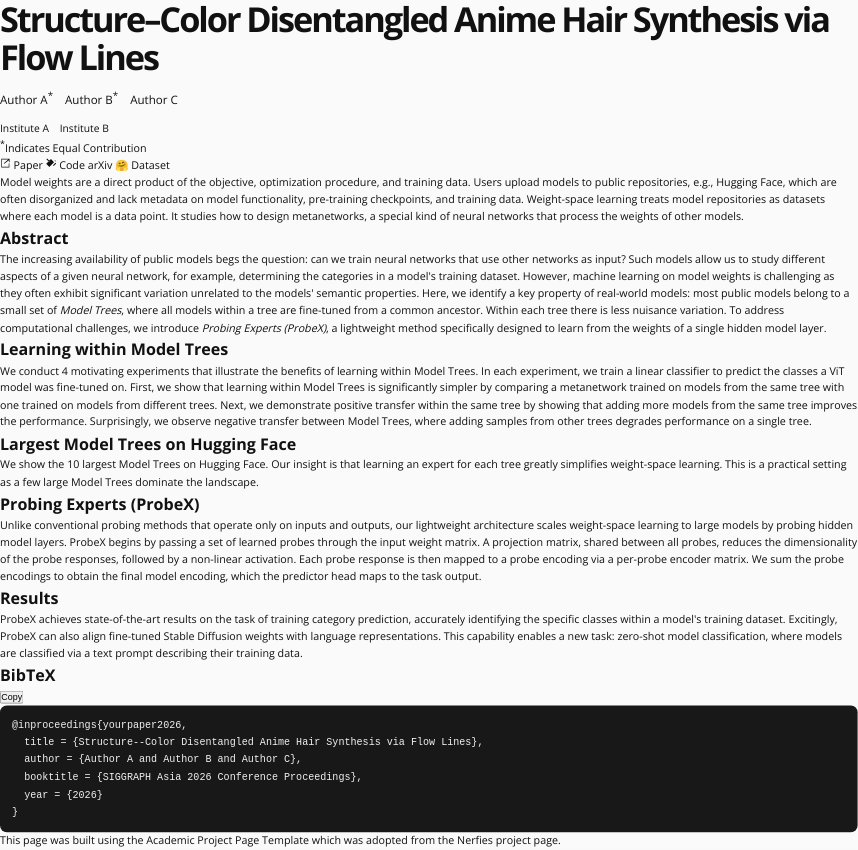
Repository: zty0304/FlowLines-web
Page: index.html
The author's editor kept a copy of each file at every save. The page is drawn from the files as they stood at one save, then again after the next save.
The browser window is 1280 px wide. The pictures show the whole page, at 67% of full size.

Above is the page before, as saved 2026-08-31 15:21:02.
Console error: TypeError: Cannot set properties of null (setting 'textContent')

After the next save:
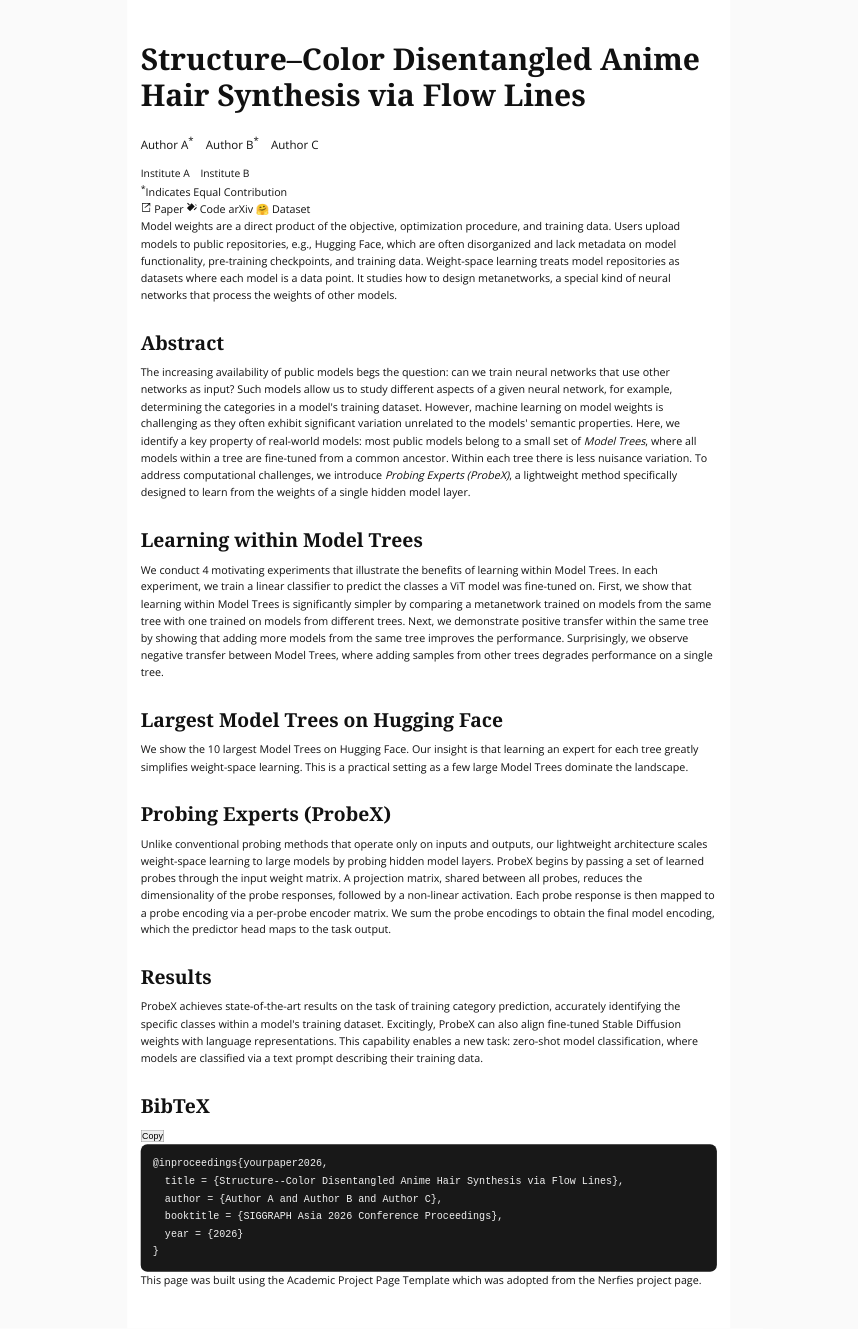
Saved 7 s later.
--- a/styles.css
+++ b/styles.css
@@ -22,49 +22,47 @@ body {
   line-height: 1.6;
 }
 
-img {
-  max-width: 100%;
-  display: block;
-}
-
-p,
-li,
-span {
-  color: var(--muted);
+main.content {
+  max-width: 900px;
+  margin: 0 auto;
+  padding: 60px 20px;
+  background-color: var(--bg-color);
+}
+
+article.paper {
+  padding: 0;
+}
+
+h1, h2, h3 {
+  font-family: 'Noto Serif', serif;
+  font-weight: 700;
+  line-height: 1.2;
+}
+
+h1 {
+  font-size: 2.8rem;
+  margin-bottom: 30px;
+  color: var(--text-color);
+}
+
+h2 {
+  font-size: 1.8rem;
+  margin-bottom: 15px;
+  margin-top: 40px;
+  color: var(--text-color);
+}
+
+h3 {
+  font-size: 1.1rem;
 }
 
 a {
-  color: inherit;
+  color: var(--text-color);
   text-decoration: none;
 }
 
-.page-shell {
-  min-height: 100vh;
-}
-
-.container {
-  width: min(980px, calc(100% - 32px));
-  margin: 0 auto;
-}
-
-.hero {
-  padding-top: 54px;
-  padding-bottom: 26px;
-}
-
-.badge {
-  font-size: 0.76rem;
-  letter-spacing: 0.16em;
-  text-transform: uppercase;
-  color: var(--muted);
-  margin-bottom: 16px;
-}
-
-h1 {
-  margin: 0;
-  font-size: clamp(2.3rem, 4vw, 3.5rem);
-  line-height: 1.1;
-  letter-spacing: -0.06em;
+a:hover {
+  text-decoration: underline;
 }
 
 .authors,
